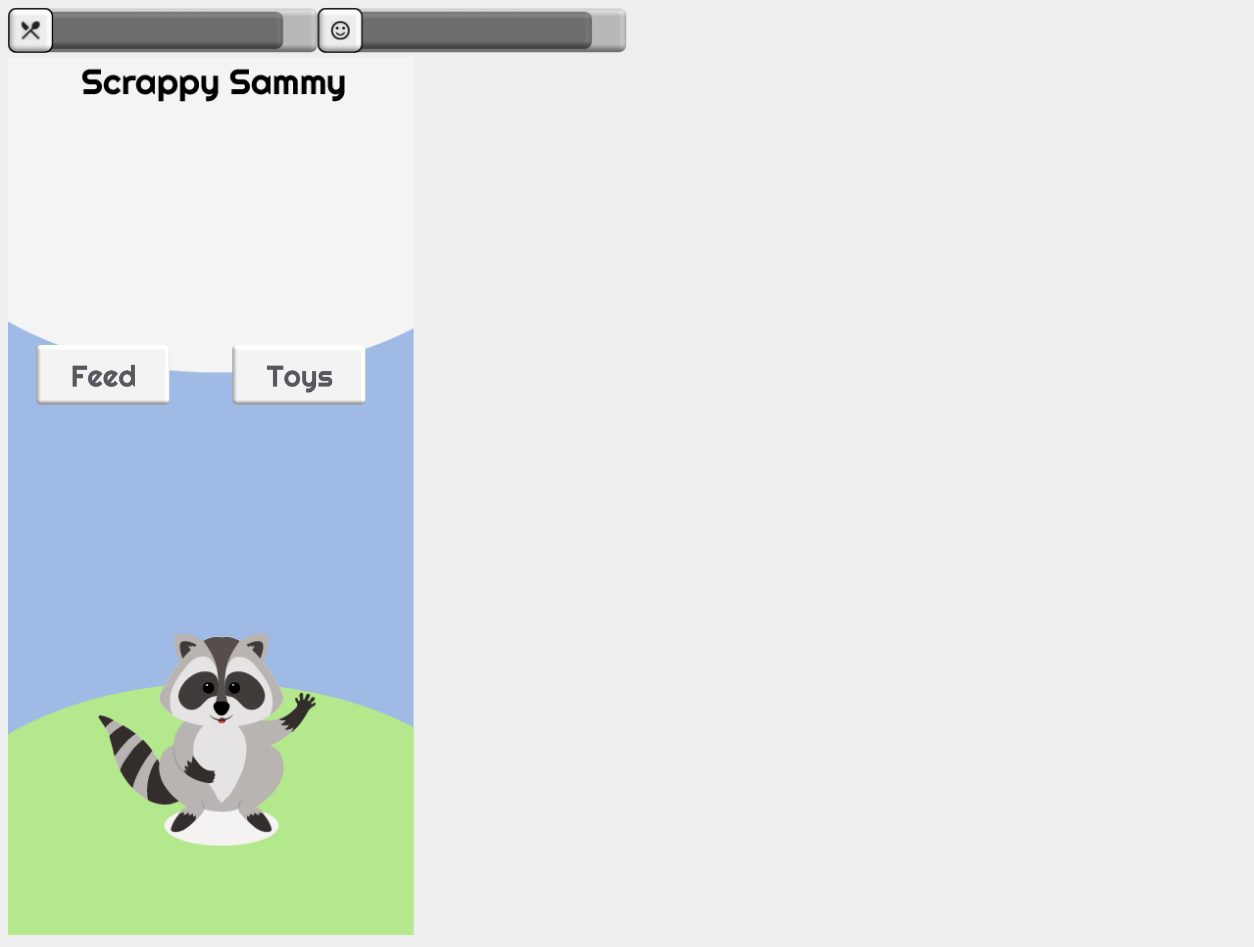
Repository: alemunden/Trash-Scavengers
Page: /Scrappy
An editor plug-in stored every save of this project. The page is shown before and after the next save, followed by the edit.
The browser window is 1280 px wide. The pictures show the whole page, at 98% of full size.
The project was rebuilt for these pictures with package versions that can differ from the ones it lists, and the page was loaded fresh each time. The framework's server and built-in components were replaced by stand-ins that run in the browser. Also part of the build but not shown: next.config.mjs, components/NavBar/NavBar.module.css, components/NavBar/index.js.

Above is the page before, as saved 2024-04-20 12:09:29.

### pages/Scrappy.js
import NavBar from "@/components/NavBar"
import styles from '@/styles/Scrappy.module.css'
import Image from "next/image"
import { useState } from "react"

export default function Scrappy() {
    return(
        <>
            <div className={styles.main}>
                <div className={styles.statusBars}>
                    <Image src={'/foodbar.png'} height={46.25} width={315.5}/>
                    <Image src={'/happinessbar.png'} height={46.25} width={315.5}/>
                </div>
                <div className={styles.buttons}>
                    <Image src={'/feedbutton.png'} width={136.35} height={60.75}/>
                    <Image src={'/toysbutton.png'} width={136.35} height={60.75}/>
                </div>
                <Image src={'/scrappybackground.png'} width={414} height={896}/>
            </div>
        </>
    )
}

### styles/globals.css
:root {
    --white: #eee;
    --black: #000;
    --light-green: #B4E88C;
    --light-blue: #9EBAE5;
    --light-gray: #c5c5c5;
    --light-yellow: #F3CD70;
    --light-pink: #F3D9D9;
    --medium-green: #429600;
    --gold: #ED9F26;

}

html, body {
    overflow-x: hidden;
    background-color: var(--white);
  }

main {
    padding: 1rem;
  }

li {
    list-style-type: none;
    cursor: pointer;
    margin: 1rem;
    width: 100%;
    padding: 0.5rem;
    color: #000105;
    background-color: var(--light-blue);
    border-radius: 1rem;
    border-bottom: 6px solid #7893bb;
    font-family: "Righteous", sans-serif;
    text-align: center;
    font-size: 1.5rem;
  }

.liHover:hover {
    background-color: #7893bb;
    columns: #fff;
}

.liSelected {
    color: #fff;
    background-color: #000925;
}

### styles/Scrappy.module.css
.buttons {
    display: flex;
    gap: 4rem;
    position: absolute;
    top: 22rem;
    left: 2.3rem;
}

Loaded but not shown: pages/_app.js (common file); pages/_document.js (common file)

After the next save:
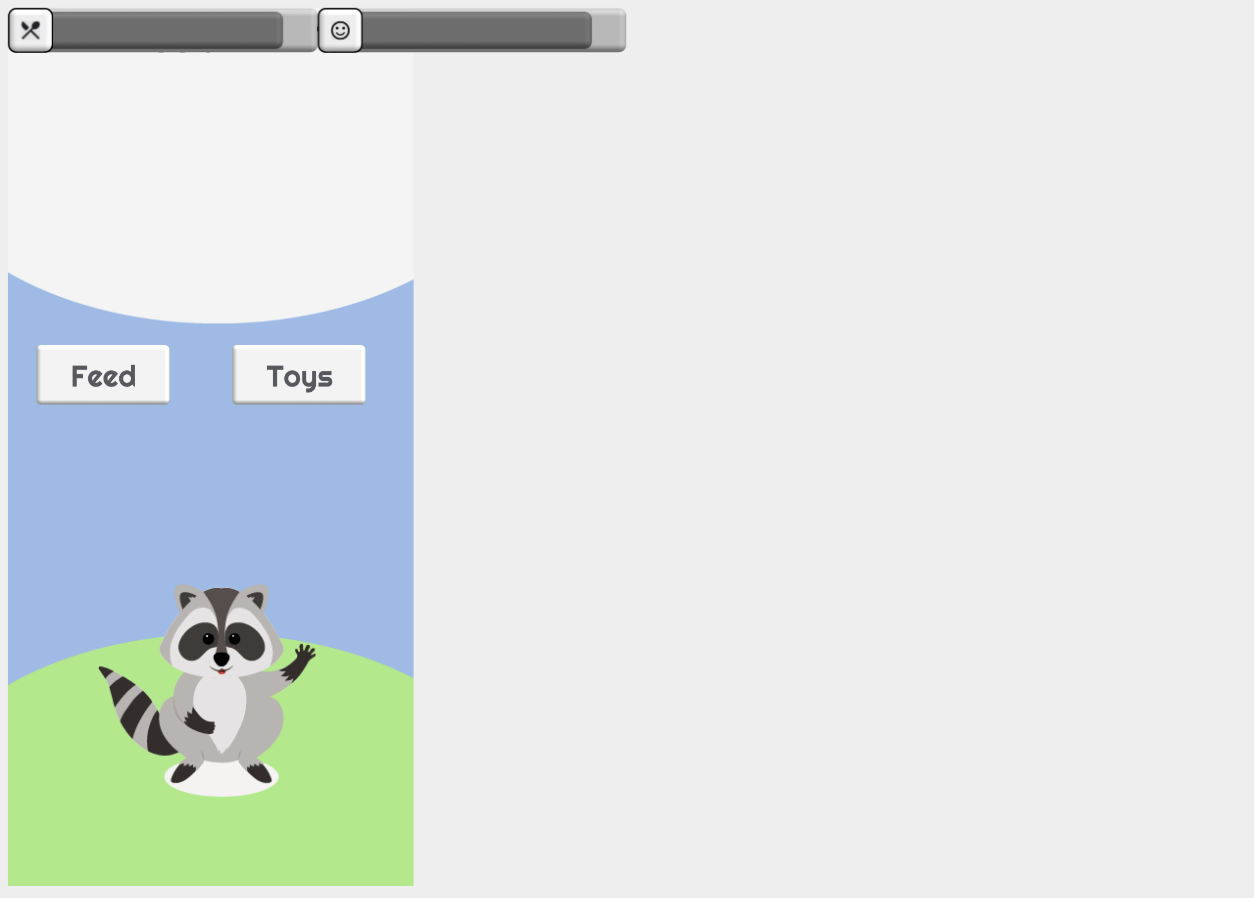
Saved 26 s later.
--- a/styles/Scrappy.module.css
+++ b/styles/Scrappy.module.css
@@ -5,3 +5,8 @@
     top: 22rem;
     left: 2.3rem;
 }
+
+.statusBars {
+    display: flex;
+    position: absolute;
+}
